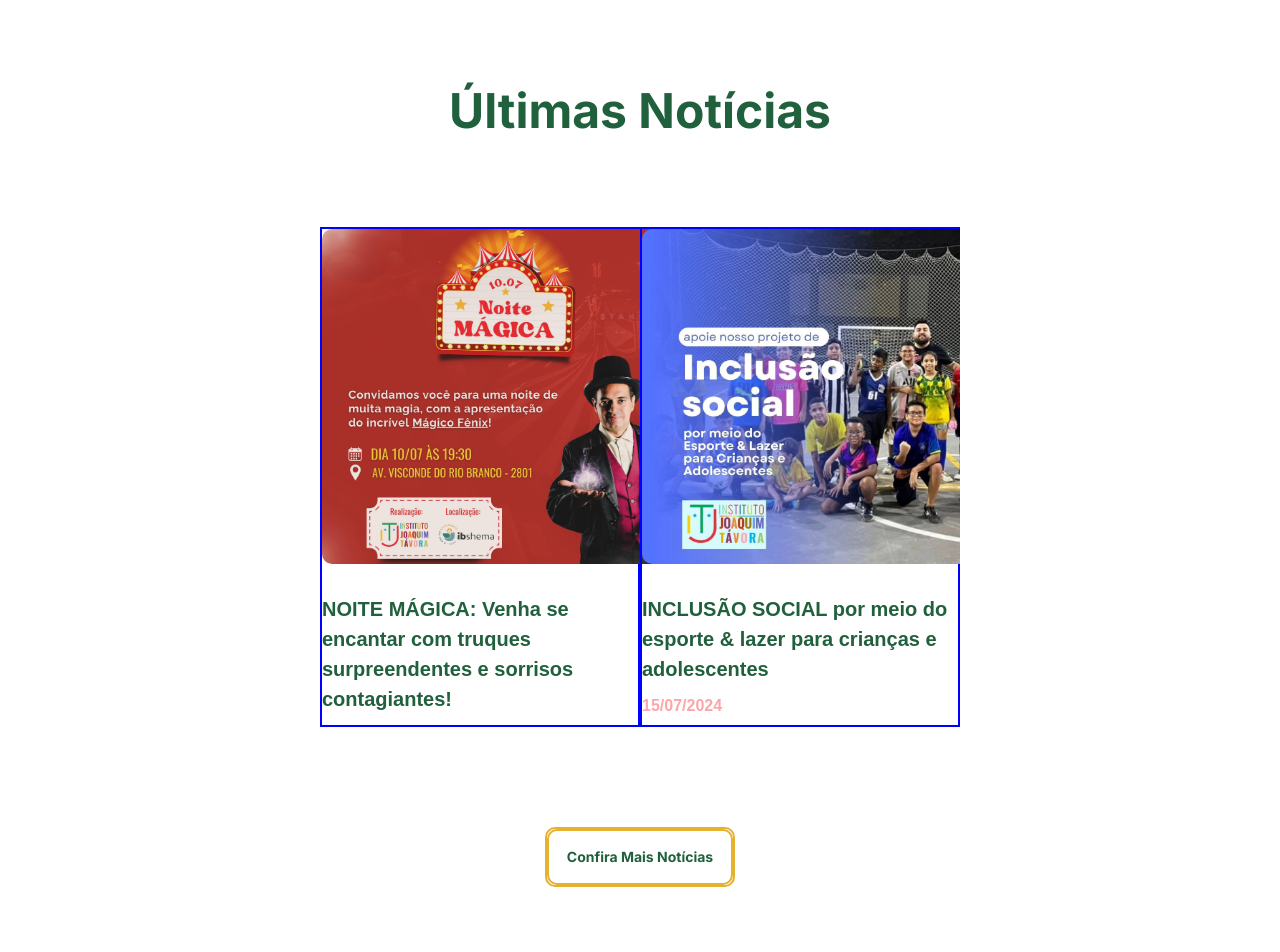
Repository: MarcelloMello90/itj2
Page: index copy.html
The author's editor kept a copy of each file at every save. The page is drawn from the files as they stood at one save, then again after the next save.
The browser window is 1280 px wide. The pictures show the part of the page from y = 919 to 1871 px (the page is 6521 px tall).

Above is the page before, as saved 2024-07-22 23:48:45.

### index copy.html
<!DOCTYPE html>
<html lang="pt-br">
<head>
  <link rel="preconnect" href="https://fonts.googleapis.com">
  <link rel="preconnect" href="https://fonts.gstatic.com" crossorigin>

  <meta charset="UTF-8">
  <meta name="viewport" content="width=device-width, initial-scale=1.0">

  <!-- <link rel="icon" type="image/svg+xml" href="/vite.svg" /> -->

  <!-- Favicon -->
  <link rel="apple-touch-icon" sizes="180x180" href="assets/favicon_packageapple-touch-icon.png">
  <link rel="icon" type="image/png" sizes="32x32" href="assets/favicon_package/favicon-32x32.png">
  <link rel="icon" type="image/png" sizes="16x16" href="assets/favicon_packagefavicon-16x16.png">
  <link rel="manifest" href="assets/favicon_package/site.webmanifest">
  <link rel="mask-icon" href="assets/favicon_package/safari-pinned-tab.svg" color="#5bbad5">
  <meta name="msapplication-TileColor" content="#da532c">
  <meta name="theme-color" content="#ffffff">
  <title>Instituto Joaquim Távora</title>

  <link href="https://fonts.googleapis.com/css2?family=Barlow:ital,wght@0,100;0,200;0,300;0,400;0,500;0,600;0,700;0,800;0,900;1,100;1,200;1,300;1,400;1,500;1,600;1,700;1,800;1,900&family=Inter:wght@100..900&family=Poppins:ital,wght@0,100;0,200;0,300;0,400;0,500;0,600;0,700;0,800;0,900;1,100;1,200;1,300;1,400;1,500;1,600;1,700;1,800;1,900&family=Roboto:ital,wght@0,100;0,300;0,400;0,500;0,700;0,900;1,100;1,300;1,400;1,500;1,700;1,900&family=Space+Grotesk:wght@300..700&display=swap" rel="stylesheet">


  <link rel="stylesheet" href="style.css">
</head>
<body>
  <div id="app">
    <div id="wrapper_app">
      <header>
        <div class="header_logo">
          <img src="./assets/logo/logo03peq.png" alt="imagem da logo do Instituto Joaquim Távora">
        </div>

        <div class="wrapper_nav">
          <nav>
            <ul>
              <li><a href="http://#" target="_blank">Início</a></li>
              <li><a href="http://#" target="_blank">Sobre nós</a></li>
              <li><a href="http://#" target="_blank">Parceiros</a></li>
              <li><a href="http://#" target="_blank">Notícias</a></li>
              <li><a href="http://#" target="_blank">Contato</a></li>
            </ul>
          </nav>
        </div>
      </header>

      <div class="carousel">
        <video
          class="elementor-background-video"
          autoplay=""
          muted=""
          playsinline=""
          loop=""
          src="/assets/video/Snapinsta.app_video_6F487980DB1930866F1B164CEB50C191_video_dashinit.mp4"
          >
        </video>

        <div id="items-wrapper-carousel">
          <div id="items">
            <div class="item"><img src="./assets/img_carousel/img1.jpg"/></div>
            <div class="item"><img src="./assets/img_carousel/img2.jpg"/></div>
            <!-- <div class="item"><img src="https://unsplash.it/1600/400?image=990"/></div>
            <div class="item"><img src="https://unsplash.it/1600/400?image=980"/></div>
            <div class="item"><img src="https://unsplash.it/1600/400?image=970"/></div>
            <div class="item"><img src="https://unsplash.it/1600/400?image=976"/></div>
            <div class="item"><img src="https://unsplash.it/1600/400?image=993"/></div>
            <div class="item"><img src="https://unsplash.it/1600/400?image=969"/></div> -->
          </div>
        </div>
      </div>

      <main>
        <section id="section1">
          <h1>Últimas Notícias</h1>

          <div class="wrapper_section1">
            <div id="items-wrapper">
              <div id="items">
                <div class="item">
                  <div class="wrapper_items">
                    <div class="item_img">
                      <img src="./assets/img3.jpg" alt="">
                    </div>

                    <div class="item_text">
                      <p>NOITE MÁGICA: Venha se encantar com truques surpreendentes e sorrisos contagiantes! </p>
                      <span>10/07/2024</span>
                    </div>
                  </div>
                </div>

                <div class="item">
                  <div class="wrapper_items">
                    <div class="item_img">
                      <img src="./assets/img1.jpg" alt="">
                    </div>

                    <div class="item_text">
                      <p>INCLUSÃO SOCIAL por meio do esporte & lazer para crianças e adolescentes</p>
                      <span>15/07/2024</span>
                    </div>
                  </div>
                </div>

                <div class="item">
                  <div class="wrapper_items">
                    <div class="item_img">
                      <img src="./assets/img2.jpg" alt="">
                    </div>

                    <div class="item_text">
                      <p><strong>IJT VIVA ESPORTE:</strong> projeto de Inclusão Social</p>
                      <span>13/07/2024</span>
                    </div>
                  </div>
                </div>

                <div class="item">
                  <div class="wrapper_items">
                    <div class="item_img">
                      <img src="./assets/img3.jpg" alt="">
                    </div>

                    <div class="item_text">
                      <p>NOITE MÁGICA: Venha se encantar com truques surpreendentes e sorrisos contagiantes! </p>
                      <span>10/07/2024</span>
                    </div>
                  </div>
                </div>

                <div class="item">
                  <div class="wrapper_items">
                    <div class="item_img">
                      <img src="./assets/img1.jpg" alt="">
                    </div>

                    <div class="item_text">
                      <p>INCLUSÃO SOCIAL por meio do esporte & lazer para crianças e adolescentes</p>
                      <span>15/07/2024</span>
                    </div>
                  </div>
                </div>

                <div class="item">
                  <div class="wrapper_items">
                    <div class="item_img">
                      <img src="./assets/img2.jpg" alt="">
                    </div>

                    <div class="item_text">
                      <p><strong>IJT VIVA ESPORTE:</strong> projeto de Inclusão Social</p>
                      <span>13/07/2024</span>
                    </div>
                  </div>
                </div>
              </div>
            </div>
          </div>

          <button id="btn_section1">
            <a
              id="btn_section1"
              href="http://#"
              target="_blank"
            >
              Confira Mais Notícias
            </a>
          </button>
        </section>

        <section id="section2">

          <div class="wrapper_section2">
            <h1>Conheça o IJT</h1>

            <p>
              O Instituto Joaquim Távora (IJT) é uma organização da sociedade civil (OSC)
              criada em 2021. O projeto social contribui no desenvolvimento de 370
              crianças e suas famílias como um instrumento de acesso e mudanças de
              perspectiva de vida da comunidade. Com os eixos de atuação em educação,
              inclusão digital, esporte, assistência social e empregabilidade, o IJT
              busca ser uma instituição capaz de transformar vidas e atender
              as pessoas em suas diversas necessidades, proporcionando o bem
              estar da comunidade e sendo futuramente uma referência para outras
               instituições. Atualmente, as iniciativas em desenvolvimento são o
               Feirão do Empreendedor para o fortalecimento do comércio local;
               o IJT Cast, no intuito de dar voz e visibilidade para os moradores
               do bairro e a Cozinha Social, projeto gastronômico social auto
               sustentável.
            </p>
          </div>




        </section>

        <section id="section3">
          <div class="wrapper_section3">
           <h1>Projeto</h1>

           <div class="wrapper_items3">
            <div class="wrapper_project">
              <div class="project_img">
                <img src="./assets/img_carousel/img2.jpg" alt="">
              </div>

              <div class="project_text">
                <h3>Fustsal</h3>
                <span>
                  Fomos reconhecidos e contemplados através da Ministerio do Esporte, do
                   Governo Federal, com a aprovação do nosso projeto IJT VIVA ESPORTE,
                   visando assistir 80 crianças da comunidade Joaquim Távora e bairros
                   adjacentes. Com estrutura completa desde de uniformes, calçados,
                   alimentações, equipamentos esportivos e equipe de profissionais.
                </span>
              </div>
            </div>

            <div class="wrapper_project">
              <div class="project_text">
                <h3>Fustsal</h3>
                <span>
                  Fomos reconhecidos e contemplados através da Ministerio do Esporte, do
                   Governo Federal, com a aprovação do nosso projeto IJT VIVA ESPORTE,
                   visando assistir 80 crianças da comunidade Joaquim Távora e bairros
                   adjacentes. Com estrutura completa desde de uniformes, calçados,
                   alimentações, equipamentos esportivos e equipe de profissionais.
                </span>
              </div>

              <div class="project_img">
                <img src="./assets/img_carousel/img1.jpg" alt="">
              </div>
            </div>

            <div class="wrapper_project">
              <div class="project_img">
                <img src="./assets/img_carousel/img2.jpg" alt="">
              </div>

              <div class="project_text">
                <h3>Fustsal</h3>
                <span>
                  Fomos reconhecidos e contemplados através da Ministerio do Esporte, do
                   Governo Federal, com a aprovação do nosso projeto IJT VIVA ESPORTE,
                   visando assistir 80 crianças da comunidade Joaquim Távora e bairros
                   adjacentes. Com estrutura completa desde de uniformes, calçados,
                   alimentações, equipamentos esportivos e equipe de profissionais.
                </span>
              </div>
            </div>
          </div>

        </section>

        <section id="section4">
          <div class="wrapper_section4">
            <h1>Parceiros</h1>

            <div class="wrapper_parceiros_logo">
              <div class="item_img_logo">
                <a href="https://www.instagram.com/fatimatortasebolos/" target="_blank"><img src="./assets/parceiros/parceiro_fatimaBolo.jpg" alt=" Logo parceiro fatima bolos"></a>
              </div>

              <div class="item_img_logo">
                <a href="https://www.instagram.com/servicospratrimoniaismoura/" target="_blank">
                  <img src="./assets/parceiros/parceiro_servico_patrionais_moura.jpg"
                  alt=" Logo parceiro fatima bolos">
                </a>
              </div>
            </div>

            <div class="wrapper_form_parceiro">

            </div>
          </div>
        </section>

        <section id="section5">
          <div class="wrapper_section5">
            <h1>Contato</h1>

            <form id="form" action="https://formsubmit.co/contato@institutojoaquimtavora.org" method="POST">
              <div class="wrap-input-mobile">
                <label for="nome"></label>
                <input type="text" id="nome" name="nome" placeholder="Nome" required>

                <label for="email"></label>
                <input type="email" id="email" name="email" placeholder="email"  required>

              </div>

              <label for="area_interesse"></label>
              <input type="text" id="area_interesse" name="area_interesse"  placeholder="Assunto"  required>


              <textarea id="mensagem" name="mensagem" placeholder="Nos fale sua dúvida, sugestão, parceria."></textarea>

              <button class="btn_form"  type="submit">Enviar</button>
            </form>


          </div>
        </section>
      </main>
      <footer>
        <div class="wrapper_footer">
          <div class="box-logo">
            <img
              src="./assets/logo/logo03peq.png"
              alt="logo Instituto Joaquim Távora">
          </div>

          <div class="box-contact">
            <span>
              R. Henrique Rabêlo, 1321 - Joaquim Távora, Fortaleza - CE, 60110-540
            </span>

            <span>
              <a href="tel:+5585985350707"> (85) 98535-0707</a>
            </span>

            <span>
              <a href="mailto:contato@institutojoaquimtavora.com.br">contato@institutojoaquimtavora.org</a>
            </span>
          </div>

        </div>
      </footer>
      <div class="footer-ano">
        <span>2024 - Todos os direito reservados | <a href="https://github.com/MarcelloMello90">Criado por Marcelo Melo</a></span>
      </div>
    </div>
  </div>
  <script src="./script.js"></script>
</body>
</html>

Loaded but not shown: script.js (25 lines, source omitted); style.css (723 lines, source omitted)

After the next save:
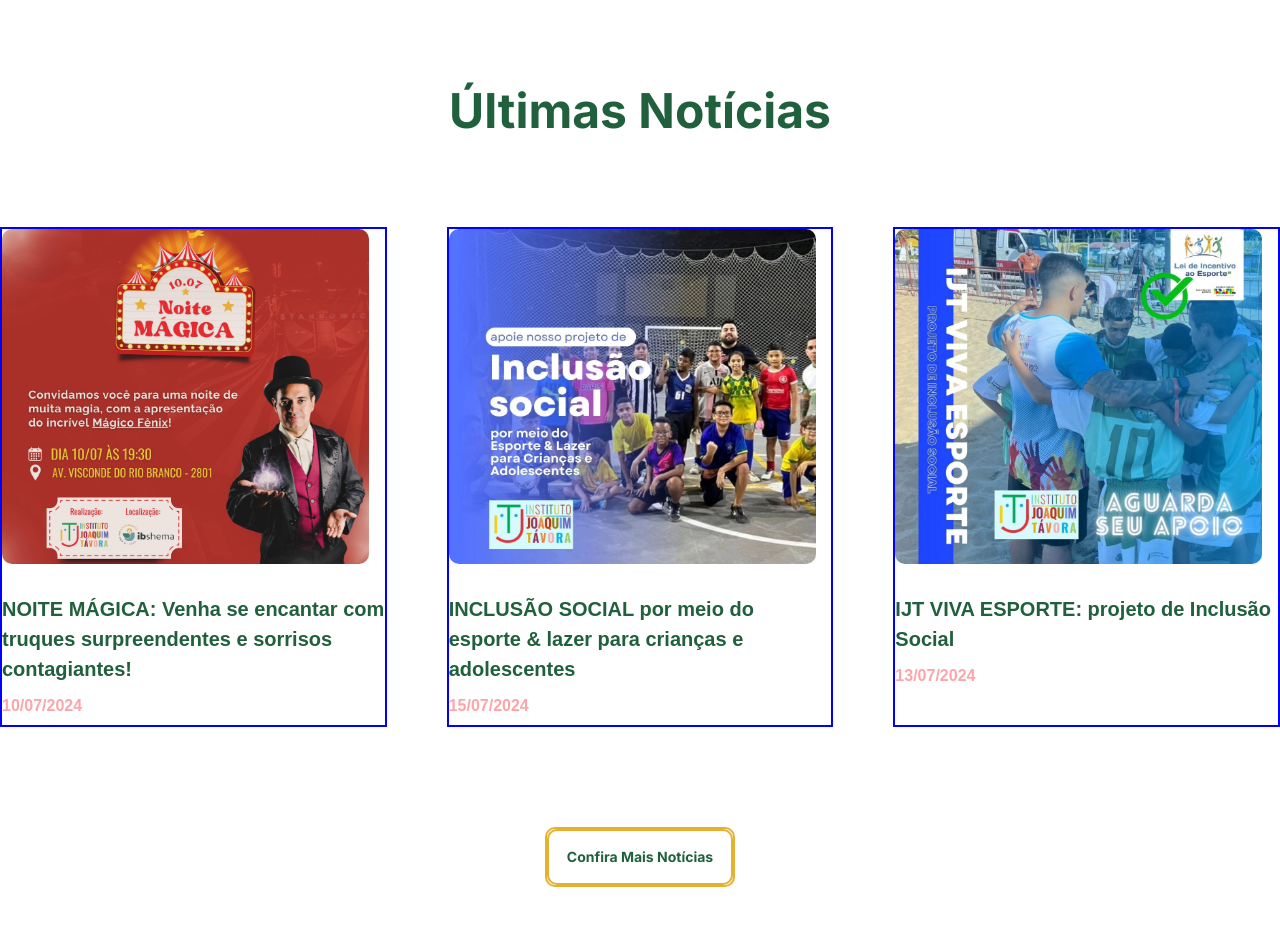
Saved 24 s later.
--- a/index copy.html
+++ b/index copy.html
@@ -75,85 +75,36 @@
           <h1>Últimas Notícias</h1>
 
           <div class="wrapper_section1">
-            <div id="items-wrapper">
-              <div id="items">
-                <div class="item">
-                  <div class="wrapper_items">
-                    <div class="item_img">
-                      <img src="./assets/img3.jpg" alt="">
-                    </div>
-
-                    <div class="item_text">
-                      <p>NOITE MÁGICA: Venha se encantar com truques surpreendentes e sorrisos contagiantes! </p>
-                      <span>10/07/2024</span>
-                    </div>
-                  </div>
-                </div>
-
-                <div class="item">
-                  <div class="wrapper_items">
-                    <div class="item_img">
-                      <img src="./assets/img1.jpg" alt="">
-                    </div>
-
-                    <div class="item_text">
-                      <p>INCLUSÃO SOCIAL por meio do esporte & lazer para crianças e adolescentes</p>
-                      <span>15/07/2024</span>
-                    </div>
-                  </div>
-                </div>
-
-                <div class="item">
-                  <div class="wrapper_items">
-                    <div class="item_img">
-                      <img src="./assets/img2.jpg" alt="">
-                    </div>
-
-                    <div class="item_text">
-                      <p><strong>IJT VIVA ESPORTE:</strong> projeto de Inclusão Social</p>
-                      <span>13/07/2024</span>
-                    </div>
-                  </div>
-                </div>
-
-                <div class="item">
-                  <div class="wrapper_items">
-                    <div class="item_img">
-                      <img src="./assets/img3.jpg" alt="">
-                    </div>
-
-                    <div class="item_text">
-                      <p>NOITE MÁGICA: Venha se encantar com truques surpreendentes e sorrisos contagiantes! </p>
-                      <span>10/07/2024</span>
-                    </div>
-                  </div>
-                </div>
-
-                <div class="item">
-                  <div class="wrapper_items">
-                    <div class="item_img">
-                      <img src="./assets/img1.jpg" alt="">
-                    </div>
-
-                    <div class="item_text">
-                      <p>INCLUSÃO SOCIAL por meio do esporte & lazer para crianças e adolescentes</p>
-                      <span>15/07/2024</span>
-                    </div>
-                  </div>
-                </div>
-
-                <div class="item">
-                  <div class="wrapper_items">
-                    <div class="item_img">
-                      <img src="./assets/img2.jpg" alt="">
-                    </div>
-
-                    <div class="item_text">
-                      <p><strong>IJT VIVA ESPORTE:</strong> projeto de Inclusão Social</p>
-                      <span>13/07/2024</span>
-                    </div>
-                  </div>
-                </div>
+            <div class="wrapper_items">
+              <div class="item_img">
+                <img src="./assets/img_carousel/img3.jpg" alt="">
+              </div>
+
+              <div class="item_text">
+                <p>NOITE MÁGICA: Venha se encantar com truques surpreendentes e sorrisos contagiantes! </p>
+                <span>10/07/2024</span>
+              </div>
+            </div>
+
+            <div class="wrapper_items">
+              <div class="item_img">
+                <img src="./assets/img_carousel/img1.jpg" alt="">
+              </div>
+
+              <div class="item_text">
+                <p>INCLUSÃO SOCIAL por meio do esporte & lazer para crianças e adolescentes</p>
+                <span>15/07/2024</span>
+              </div>
+            </div>
+
+            <div class="wrapper_items">
+              <div class="item_img">
+                <img src="./assets/img_carousel/img2.jpg" alt="">
+              </div>
+
+              <div class="item_text">
+                <p><strong>IJT VIVA ESPORTE:</strong> projeto de Inclusão Social</p>
+                <span>13/07/2024</span>
               </div>
             </div>
           </div>
